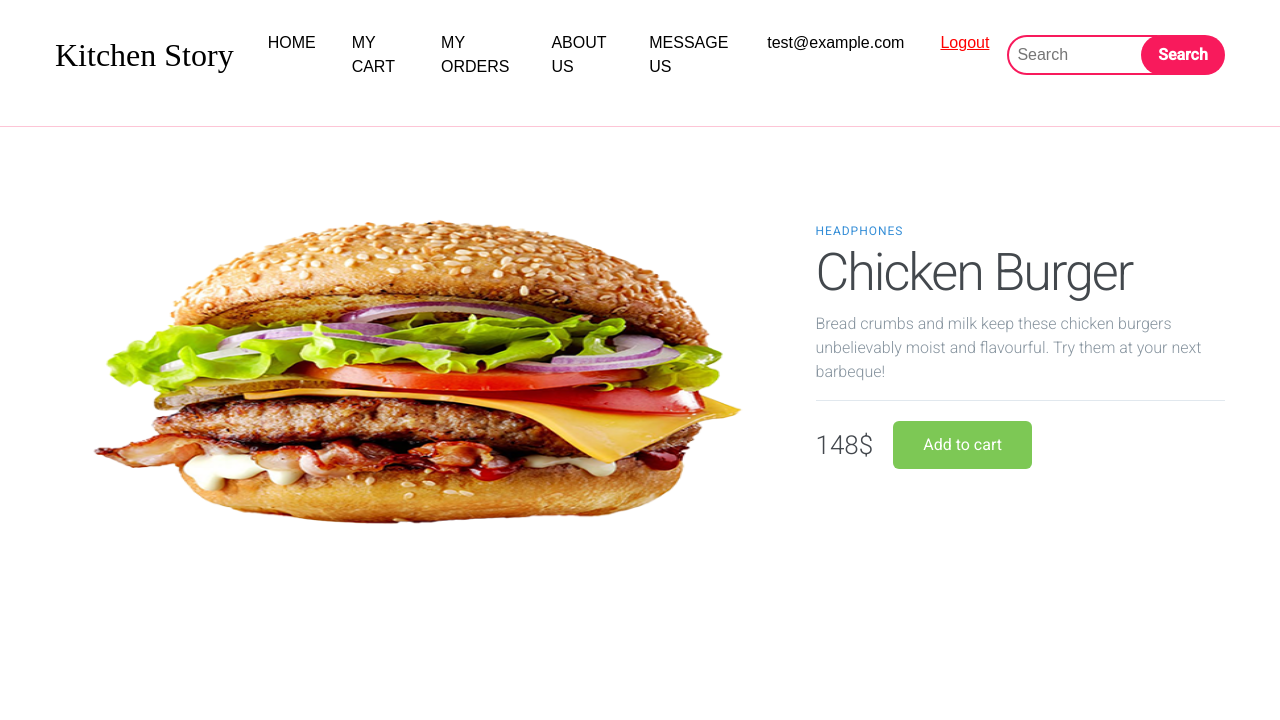
Repository: manishmachha/project-kitchenStory
Page: http://localhost/Phase_4_Kitchen_Story/products.jsp
The author's editor kept a copy of each file at every save. The page is drawn from the files as they stood at one save, then again after the next save.
The browser window is 1280 px wide. The pictures show the whole page.
Some web fonts or font styles are not loaded; a fallback is used. Some web libraries are served in a nearby version. The page is served by Tomcat 10. The session is filled in as if someone had signed in: {"email": "test@example.com"}.

Above is the page before, as saved 2022-03-08 10:42:28.

After the next save:
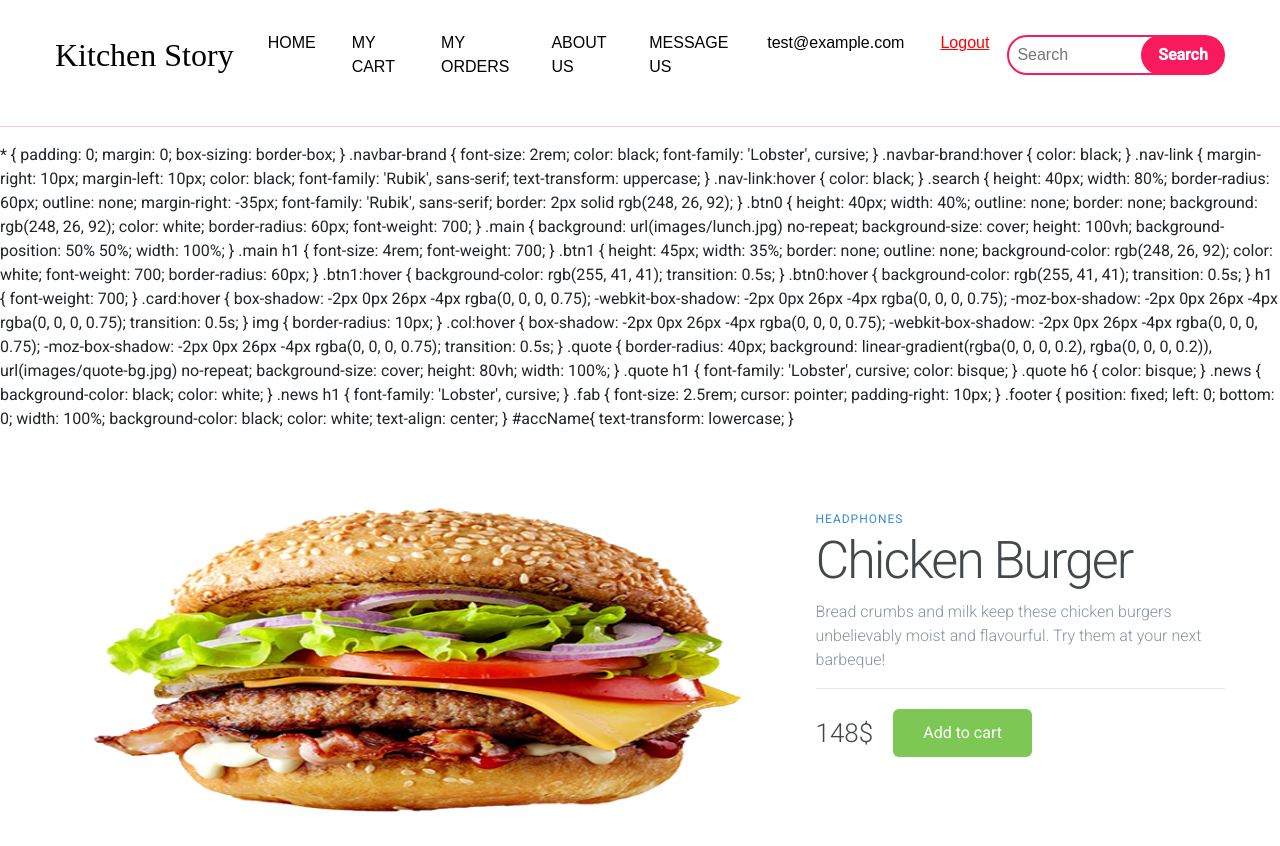
Saved 90 s later.
--- a/Phase 4 Kitchen Story/src/main/webapp/products.jsp
+++ b/Phase 4 Kitchen Story/src/main/webapp/products.jsp
@@ -1,6 +1,7 @@
 <%@ page language="java" contentType="text/html; charset=ISO-8859-1"
 	pageEncoding="ISO-8859-1"%>
 <%@include file="../header.jsp"%>
+<%@include file="../css/indexStyle.css"%>
 <%@page import="com.project.connection.ConnectionProvider"%>
 <%@ page import="java.sql.*"%>
 <!DOCTYPE html>

After the save that followed:
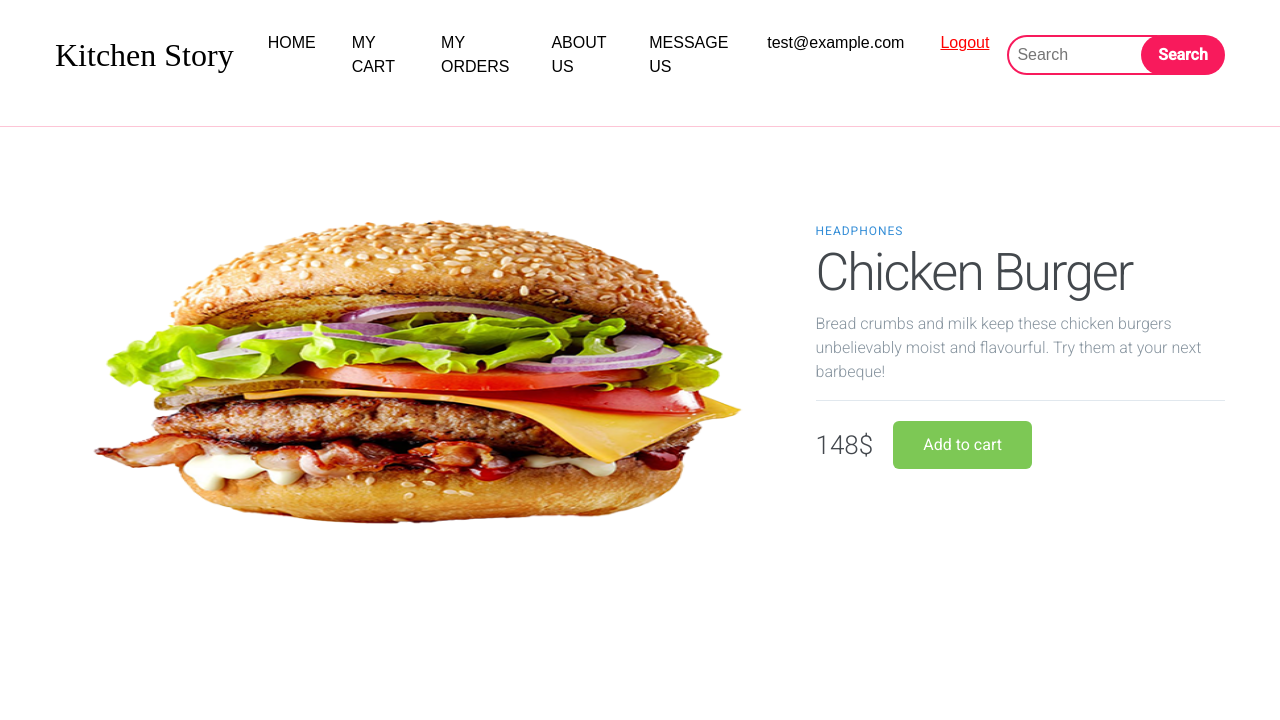
Saved 10 s later.
--- a/Phase 4 Kitchen Story/src/main/webapp/products.jsp
+++ b/Phase 4 Kitchen Story/src/main/webapp/products.jsp
@@ -1,7 +1,6 @@
 <%@ page language="java" contentType="text/html; charset=ISO-8859-1"
 	pageEncoding="ISO-8859-1"%>
 <%@include file="../header.jsp"%>
-<%@include file="../css/indexStyle.css"%>
 <%@page import="com.project.connection.ConnectionProvider"%>
 <%@ page import="java.sql.*"%>
 <!DOCTYPE html>
